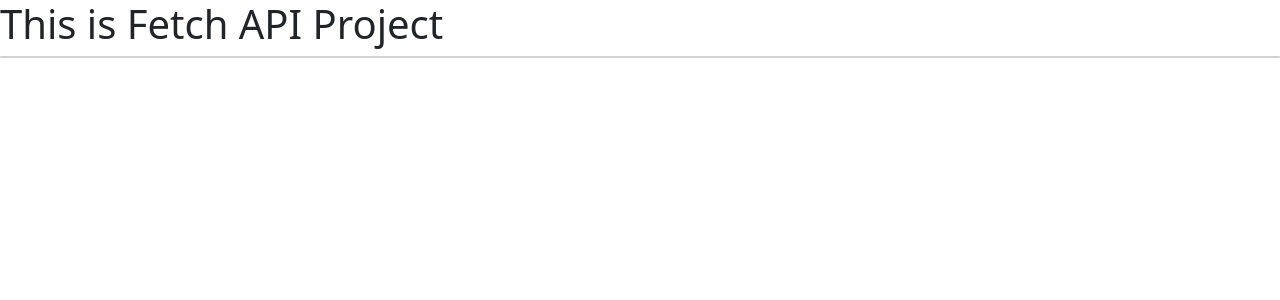
Repository: prathmeshgodbole/FetchAPI
Page: /
An editor plug-in stored every save of this project. The page is shown before and after a run of saves, followed by the edit.
The browser window is 1280 px wide. The pictures show the whole page.
The page's requests for data from a server got no answer. The project was rebuilt for these pictures with package versions that can differ from the ones it lists, and the page was loaded fresh each time. No one was signed in, and anything a server would have sent is missing.

Above is the page before, as saved 2021-08-11 16:44:44.

### src/index.js
import React from 'react';
import ReactDOM from 'react-dom';
import './index.css';
import App from './App';
import reportWebVitals from './reportWebVitals';
import "../node_modules/bootstrap/dist/css/bootstrap.min.css";

ReactDOM.render(
  <React.StrictMode>
    <App />
  </React.StrictMode>,
  document.getElementById('root')
);

// If you want to start measuring performance in your app, pass a function
// to log results (for example: reportWebVitals(console.log))
// or send to an analytics endpoint. Learn more: https://bit.ly/CRA-vitals
reportWebVitals();

### src/App.js
import FetchAPI from "./FetchAPI";
function App() {
  return (
    <div><h1>This is Fetch API Project</h1>
    <FetchAPI/>
    </div>
  );
}

export default App;

### src/FetchAPI.js
import axios from "axios";
import React from "react";
// import { Card,} from "react-bootstrap";

const FetchAPI = () => {
  const [post, setPost] = React.useState([]);

  React.useEffect(() => {
    function getPost() {
      axios
        .get("https://reqres.in/api/users?page=1")
        .then((response) => {
          setPost(response.data.data);
        })
        .catch((error) => alert(error));
    }
    getPost();
  }, []);

  if (!post) return "No post!";

  return (
    // <div>
    //   {post.map((item, index) => (
    //     <ul key={index}>
    //       {/* <ul key={index}> */}
    //       {/* <li>{item.id}</li>
    //       <li>{item.email}</li> */}
    //       {/* </ul> */}

    //         {/* <Card border="info">
    //             <Card.Img variant="top" src="item.avatar" />
    //             <Card.Body>
    //               <Card.Title>{item.id}</Card.Title>
    //               <Card.Title>
    //                 {item.first_name} <span> </span> {item.last_name}
    //               </Card.Title>
    //               <Card.Text>{item.email}</Card.Text>
    //             </Card.Body>
    //         </Card> */}
    //     </ul>
    //   ))}
    // </div>


<div>
<div className="card text-center">
      {post.map((item, index) => (
        <ul key={index}>

            <div className="overflow">
              <img src={item.avatar} alt="FilmPoster" />
            </div>
            <div className="card-body text-dark">
              <h4 className="card-title">{item.first_name} {item.last_name}</h4>
              <h6 className="card-text text-secondary">{item.email}</h6>
            </div>
        </ul>
      ))}
      </div>
</div>

  );
};

export default FetchAPI;

Loaded but not shown: public/index.html (common file); src/index.css (common file); src/reportWebVitals.js (common file)

After the next 9 saves:
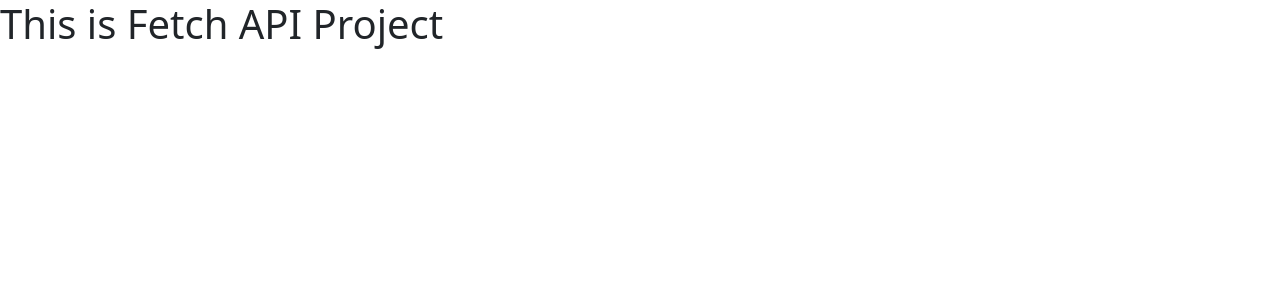
The 9 saves are shown as one change because 4 did not build or start and some came seconds apart.
The last was saved 2 min 1 s later.
--- a/src/FetchAPI.js
+++ b/src/FetchAPI.js
@@ -42,24 +42,23 @@ const FetchAPI = () => {
     //   ))}
     // </div>
 
-
-<div>
-<div className="card text-center">
+    <div>
       {post.map((item, index) => (
         <ul key={index}>
-
+          <div className="card text-center">
             <div className="overflow">
               <img src={item.avatar} alt="FilmPoster" />
             </div>
             <div className="card-body text-dark">
-              <h4 className="card-title">{item.first_name} {item.last_name}</h4>
+              <h4 className="card-title">
+                {item.first_name} {item.last_name}
+              </h4>
               <h6 className="card-text text-secondary">{item.email}</h6>
             </div>
+          </div>
         </ul>
       ))}
-      </div>
-</div>
-
+    </div>
   );
 };
 
